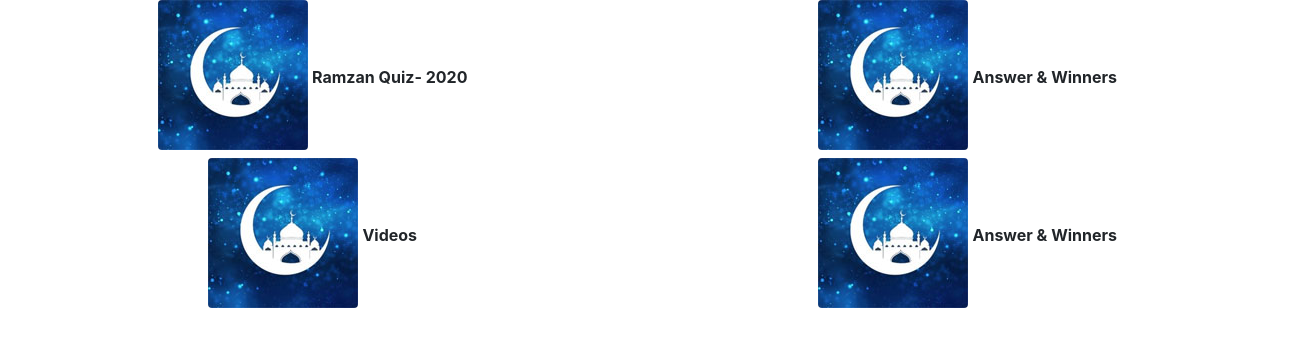
Repository: rsusolutions/RSU-Website
Page: quiz/index.html
The author's editor kept a copy of each file at every save. The page is drawn from the files as they stood at one save, then again after the next save.
The browser window is 1280 px wide. The page is 1295 px wide, so the pictures cover 1295 px, including what lies to the right of the window. The pictures show the whole page.
Some web libraries are served in a nearby version.

Above is the page before, as saved 2020-04-21 19:37:35.

### quiz/index.html
<!doctype html>
<html lang="en">
  <head>
    <!-- Required meta tags -->
    <meta charset="utf-8">
    <meta name="viewport" content="width=device-width, initial-scale=1, shrink-to-fit=no">

    <!-- Bootstrap CSS -->
    <link rel="stylesheet" href="https://maxcdn.bootstrapcdn.com/bootstrap/4.0.0/css/bootstrap.min.css" integrity="sha384-Gn5384xqQ1aoWXA+058RXPxPg6fy4IWvTNh0E263XmFcJlSAwiGgFAW/dAiS6JXm" crossorigin="anonymous">
    <link rel="stylesheet" href="style.css">
    <script src="script.js"></script>

    <title>quiz</title>
  </head>
  <body>
    <section class="section-preview ">

 <div class="row">
      <div class="col" style=" text-align: center;">
    <img class="rounded mb-2" alt="100x100" src="img/ramzan.jpg" data-holder-rendered="true">
    <b>Ramzan Quiz- 2020</b>
    </div>
      <div class="col" style=" text-align: center;">
    <img class="rounded mb-2" alt="100x100" src="img/ramzan.jpg" data-holder-rendered="true">
    <b>Answer & Winners</b>
    </div>
    </div>
 <div class="row">
      <div class="col" style=" text-align: center;">
    <img class="rounded mb-2" alt="100x100" src="img/ramzan.jpg" data-holder-rendered="true">
    <b>Videos</b>
    </div>
      <div class="col" style=" text-align: center;">
    <img class="rounded mb-2" alt="100x100" src="img/ramzan.jpg" data-holder-rendered="true">
    <b>Answer & Winners</b>
    </div>
    </div>

    </section>
    <!-- Optional JavaScript -->
    <!-- jQuery first, then Popper.js, then Bootstrap JS -->
    <script src="https://code.jquery.com/jquery-3.2.1.slim.min.js" integrity="sha384-KJ3o2DKtIkvYIK3UENzmM7KCkRr/rE9/Qpg6aAZGJwFDMVNA/GpGFF93hXpG5KkN" crossorigin="anonymous"></script>
    <script src="https://cdnjs.cloudflare.com/ajax/libs/popper.js/1.12.9/umd/popper.min.js" integrity="sha384-ApNbgh9B+Y1QKtv3Rn7W3mgPxhU9K/ScQsAP7hUibX39j7fakFPskvXusvfa0b4Q" crossorigin="anonymous"></script>
    <script src="https://maxcdn.bootstrapcdn.com/bootstrap/4.0.0/js/bootstrap.min.js" integrity="sha384-JZR6Spejh4U02d8jOt6vLEHfe/JQGiRRSQQxSfFWpi1MquVdAyjUar5+76PVCmYl" crossorigin="anonymous"></script>
  </body>
</html>

### quiz/style.css
@import url(https://fonts.googleapis.com/css?family=Lato:100,400);
/* #the-final-countdown {
  background: #333;
  font-family: 'Lato', sans-serif;
  text-align: center;
  color: #eee;
  text-shadow: 1px 1px 5px black;
  padding: 1rem 0;
  font-size: 3rem;
  border: 1px solid #000;
} */

### quiz/script.js
setInterval(function time() {
    var d = new Date();
    var hours = 18 - d.getHours();
    var min = 60 - d.getMinutes();
    if ((min + "").length == 1) {
        min = "0" + min;
    }
    var sec = 60 - d.getSeconds();
    if ((sec + "").length == 1) {
        sec = "0" + sec;
    }
    if(hours<0||min<0||sec<0){
        jQuery("#the-final-countdown").text("Time Up");
    }
    else{

        jQuery("#the-final-countdown").text("Time Left "+hours + ":" + min + ":" + sec);
    }
}, 1000);

After the next save:
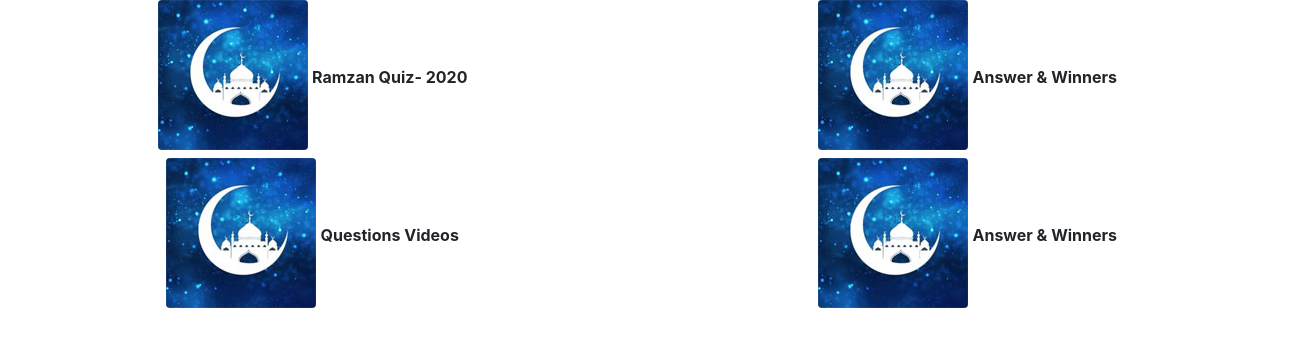
Saved 12 s later.
--- a/quiz/index.html
+++ b/quiz/index.html
@@ -28,7 +28,7 @@
  <div class="row">
       <div class="col" style=" text-align: center;">
     <img class="rounded mb-2" alt="100x100" src="img/ramzan.jpg" data-holder-rendered="true">
-    <b>Videos</b>
+    <b>Questions Videos</b>
     </div>
       <div class="col" style=" text-align: center;">
     <img class="rounded mb-2" alt="100x100" src="img/ramzan.jpg" data-holder-rendered="true">

After the save that followed:
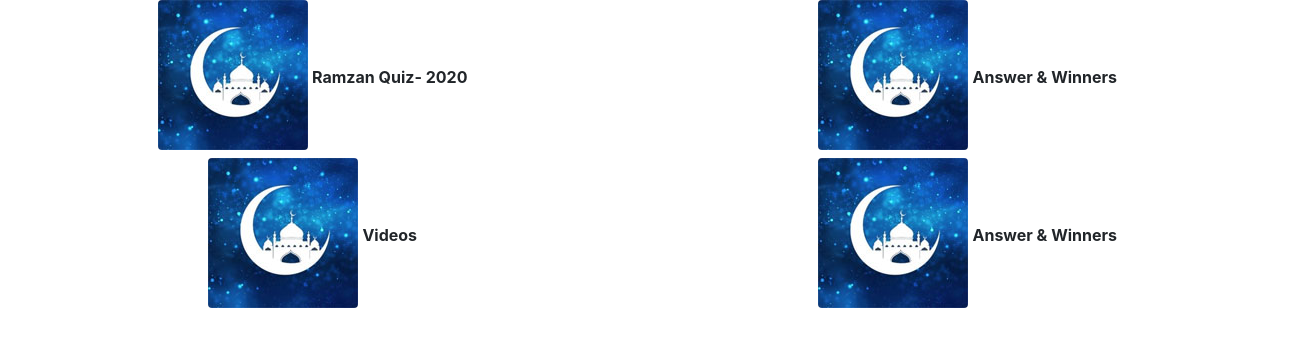
Saved 28 s later.
--- a/quiz/index.html
+++ b/quiz/index.html
@@ -28,7 +28,7 @@
  <div class="row">
       <div class="col" style=" text-align: center;">
     <img class="rounded mb-2" alt="100x100" src="img/ramzan.jpg" data-holder-rendered="true">
-    <b>Questions Videos</b>
+    <b>Videos</b>
     </div>
       <div class="col" style=" text-align: center;">
     <img class="rounded mb-2" alt="100x100" src="img/ramzan.jpg" data-holder-rendered="true">
